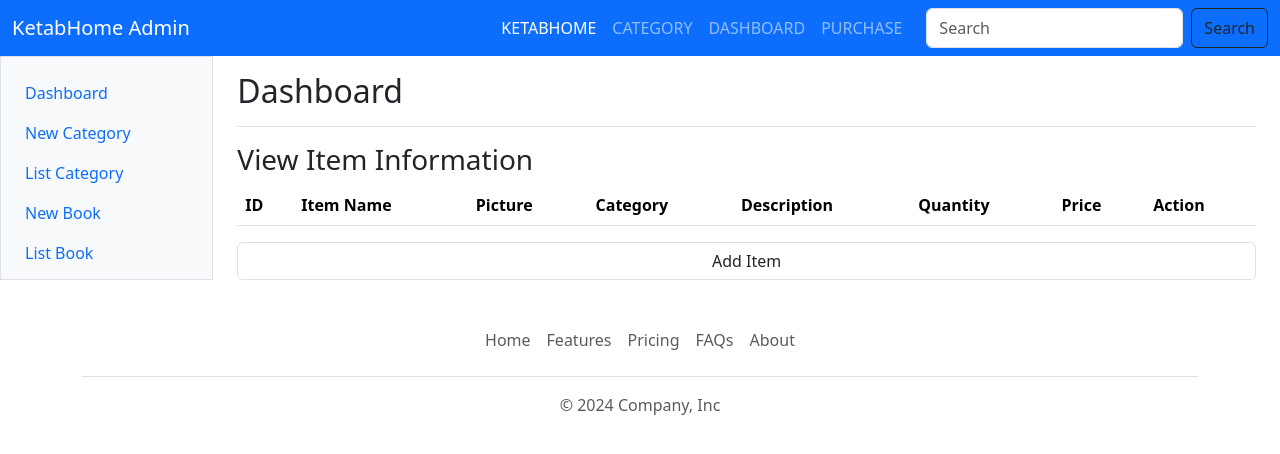
Repository: nyeinsu4520/coursera-test
Page: http://localhost/view_items
These files come from the project's save history. The page is drawn as it stood at one moment and after the next save; the edit follows.
The browser window is 1280 px wide. The pictures show the whole page.
Some web fonts or font styles are not loaded; a fallback is used. The page is this project's Thymeleaf template; nobody is signed in. The template is opened directly, without the code that normally fills it, so the values that code supplies are empty.

Above is the page before, as saved 2024-06-01 10:34:20.

### KetabHome/src/main/resources/templates/view_items.html
<!DOCTYPE html>
<html xmlns:th="www.thymeleaf.org">
<head>
<meta charset="ISO-8859-1">
<title>View Items</title>
<link rel="stylesheet" href="/bootstrap/css/bootstrap.min.css">
<script src="/bootstrap/js/bootstrap.bundle.js" type="text/javascript"></script>



</head>
<body>

<div th:replace="fragment/header"></div>




  <div class="container-fluid">
    <div class="row">
        <div class="sidebar border border-right col-md-3 col-lg-2 p-0 bg-body-tertiary">
            <div class="offcanvas-md offcanvas-end bg-body-tertiary" tabindex="-1" id="sidebarMenu" aria-labelledby="sidebarMenuLabel">
                <div class="offcanvas-header">
                    <h5 class="offcanvas-title" id="sidebarMenuLabel">KetabHome Admin</h5>
                    <button type="button" class="btn-close" data-bs-dismiss="offcanvas" aria-label="Close"></button>
                </div>
                <div class="offcanvas-body d-md-flex flex-column p-0 pt-lg-3 overflow-y-auto">
                    <ul class="nav flex-column">
                        <li class="nav-item">
                            <a class="nav-link d-flex align-items-center gap-2 active" aria-current="page" href="/view">
                            <i class="fa-solid fa-gauge"></i>
                                Dashboard
                            </a>
                        </li>
                        <li class="nav-item">
                            <a class="nav-link d-flex align-items-center gap-2" href="/category/add">
                            <i class="fa-solid fa-plus"></i>
                                New Category
                            </a>
                        </li>
                        <li class="nav-item">
                            <a class="nav-link d-flex align-items-center gap-2" href="/categories">
                            <i class="fa-solid fa-table-list"></i>
                                List Category
                            </a>
                        </li>
                        <li class="nav-item">
                            <a class="nav-link d-flex align-items-center gap-2" href="/item/add">
                            <i class="fa-solid fa-plus"></i>
                                New Book
                            </a>
                        </li>
                        <li class="nav-item">
                            <a class="nav-link d-flex align-items-center gap-2" href="/item">
                            <i class="fa-solid fa-table-list"></i>
                                List Book
                            </a>
                        </li>
                    </ul>
                </div>
            </div>
        </div>


        <main class="col-md-9 ms-sm-auto col-lg-10 px-md-4">
      <div class="d-flex justify-content-between flex-wrap flex-md-nowrap align-items-center pt-3 pb-2 mb-3 border-bottom">
        <h1 class="h2">Dashboard</h1>

           </div>


<h3 >View Item Information</h3>
	<table class="table table-hover ">
	<tr>
		<th>ID</th>
		<th>Item Name</th>
		<th>Picture</th>
		<th>Category</th>
		<th>Description</th>
		<th>Quantity</th>
		<th>Price</th>
		<th>Action</th>

	</tr>
	<tr th:each="item:${itemList}">
	<td th:text="${item.id}"></td>
	<td><a th:href="@{/item/{id} (id=${item.id}) }" th:text="${item.name}"></a></td>
	<td><img width="70px" th:src="@{uploads/items/{id}/{imageName} (id=${item.id},imageName=${item.imgname})}" /></td>
	<td th:text="${item.category.name}"></td>
	<td th:text="${item.description}"></td>
	<td th:text="${item.price}"></td>
	<td th:text="${item.quantity}"></td>
	<td><a th:href="@{/item/edit/{id} (id=${item.id})}" >Edit</a>
	<a th:href="@{/item/delete/{id} (id=${item.id})}" > | Delete</a>
	</td>
	</tr>

	</table>

	<form th:action="@{/item/add}" method="get">
	<input class="form-control" type="submit" value="Add Item">
	</form>



      </main>

       </div>
    </div>



	<div th:replace="fragment/footer"></div>
</body>
</div>
</html>

### KetabHome/src/main/resources/templates/fragment/header.html
<!DOCTYPE html>
<html xmlns="www.thymeleaf.org">
<head>
<meta charset="ISO-8859-1">
<title>Insert title here</title>

<link rel="stylesheet" href="/bootstrap/css/bootstrap.min.css">
<script type="text/javascript" src="../static/bootstrap/js/bootstrap.bundle.min.js"></script>

</head>
<body>
	<nav class="navbar navbar-expand-lg navbar-dark bg-primary" aria-label="Offcanvas navbar large">
    <div class="container-fluid">
      <a class="navbar-brand" href="#">KetabHome Admin</a>
      <button class="navbar-toggler" type="button" data-bs-toggle="offcanvas" data-bs-target="#offcanvasNavbar2" aria-controls="offcanvasNavbar2" aria-label="Toggle navigation">
        <span class="navbar-toggler-icon"></span>
      </button>
      <div class="offcanvas offcanvas-end text-bg-dark" tabindex="-1" id="offcanvasNavbar2" aria-labelledby="offcanvasNavbar2Label">

        <div class="offcanvas-body">
          <ul class="navbar-nav justify-content-end flex-grow-1 pe-3">
            <li class="nav-item">
              <a class="nav-link active" aria-current="page" href="#">KETABHOME</a>
            </li>
            <li class="nav-item">
              <a class="nav-link" href="/categories">CATEGORY</a>
            </li>
            <li class="nav-item">
              <a class="nav-link " aria-current="page" href="/view">DASHBOARD</a>
            </li>
            <li class="nav-item">
              <a class="nav-link" href="#">PURCHASE</a>
            </li>

          </ul>
          <form class="d-flex mt-3 mt-lg-0" role="search">
            <input class="form-control me-2" type="search" placeholder="Search" aria-label="Search">
            <button class="btn btn-outline-dark" type="submit">Search</button>
          </form>
        </div>
      </div>
    </div>
  </nav>
</body>
</html>

### KetabHome/src/main/resources/templates/fragment/footer.html
<!DOCTYPE html>
<html>
<head>
<meta charset="ISO-8859-1">
<title>Insert title here</title>

<link rel="stylesheet" href="/bootstrap/css/bootstrap.min.css">
<script type="text/javascript" src="../static/bootstrap/js/bootstrap.bundle.min.js"></script>
<link rel="preconnect" href="https://fonts.googleapis.com">
<link rel="preconnect" href="https://fonts.gstatic.com" crossorigin>
<link href="https://fonts.googleapis.com/css2?family=Jersey+20&family=Jersey+25&family=Josefin+Sans:ital,wght@0,100..700;1,100..700&family=Noto+Sans+Myanmar:wght@100;200;300;400;500;600;700;800;900&family=Nunito+Sans:ital,opsz,wght@0,6..12,200..1000;1,6..12,200..1000&family=Padauk:wght@400;700&family=Platypi:ital,wght@0,300..800;1,300..800&family=Poppins:ital,wght@0,100;0,200;0,300;0,400;0,500;0,600;0,700;0,800;0,900;1,100;1,200;1,300;1,400;1,500;1,600;1,700;1,800;1,900&family=Roboto:ital,wght@0,100;0,300;0,400;0,500;0,700;0,900;1,100;1,300;1,400;1,500;1,700;1,900&display=swap" rel="stylesheet">

</head>
<body>


<div class="container">
  <footer class="py-3 my-4">
    <ul class="nav justify-content-center border-bottom pb-3 mb-3">
      <li class="nav-item"><a href="#" class="nav-link px-2 text-body-secondary">Home</a></li>
      <li class="nav-item"><a href="#" class="nav-link px-2 text-body-secondary">Features</a></li>
      <li class="nav-item"><a href="#" class="nav-link px-2 text-body-secondary">Pricing</a></li>
      <li class="nav-item"><a href="#" class="nav-link px-2 text-body-secondary">FAQs</a></li>
      <li class="nav-item"><a href="#" class="nav-link px-2 text-body-secondary">About</a></li>
    </ul>
    <p class="text-center text-body-secondary">&copy; 2024 Company, Inc</p>
  </footer>
</div>
</body>
</html>

Loaded but not shown: KetabHome/src/main/resources/static/bootstrap/css/bootstrap.min.css (library); KetabHome/src/main/resources/static/bootstrap/js/bootstrap.bundle.js (library); KetabHome/src/main/resources/static/bootstrap/js/bootstrap.bundle.min.js (library)

After the next save:
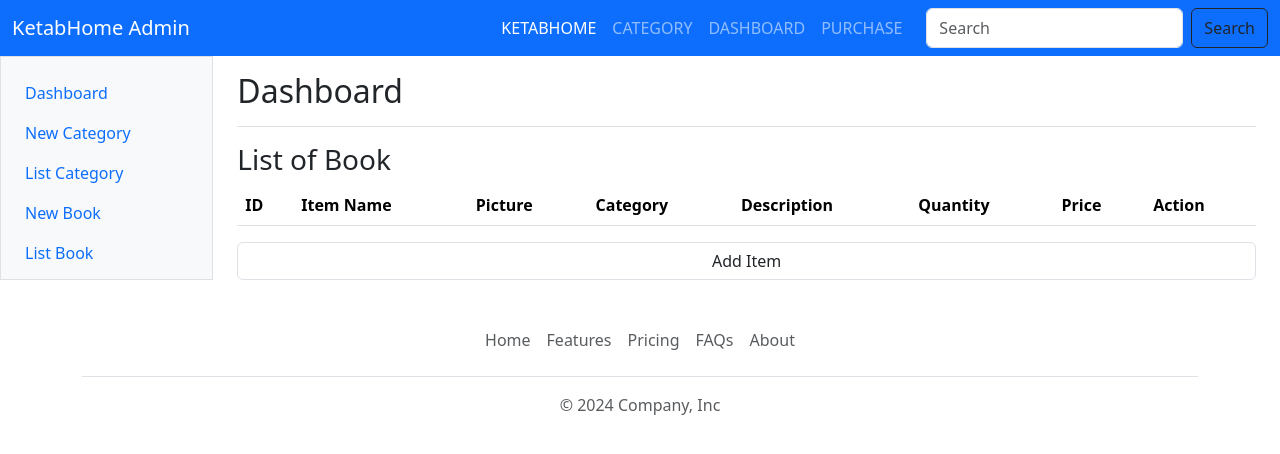
Saved 21 h 47 min later.
--- a/KetabHome/src/main/resources/templates/view_items.html
+++ b/KetabHome/src/main/resources/templates/view_items.html
@@ -69,7 +69,7 @@
            </div>
 
 
-<h3 >View Item Information</h3>
+<h3 >List of Book</h3>
 	<table class="table table-hover ">
 	<tr>
 		<th>ID</th>
